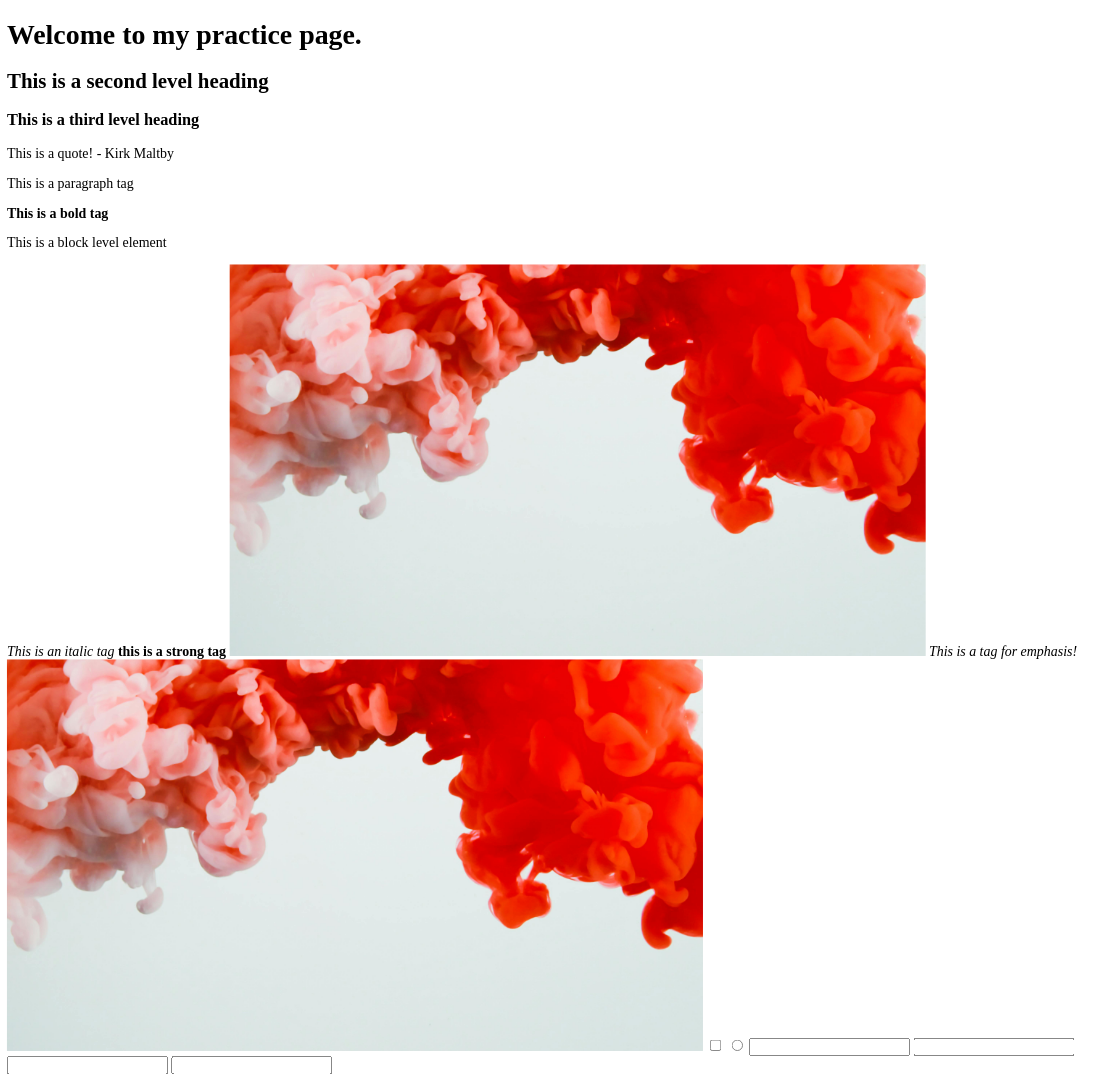
Repository: awollf/mdia-2109
Page: class-stuff.html
These files come from the project's save history. The page is drawn as it stood at one moment and after the next save; the edit follows.
The browser window is 1280 px wide. The pictures show the whole page, at 87% of full size.

Above is the page before, as saved 2026-01-26 10:40:54.

### class-stuff.html
<!DOCTYPE html>
<html lang="en">
<head>
    <meta charset="UTF-8">
    <meta name="viewport" content="width=device-width, initial-scale=1.0">
    <title>Class Stuff</title>
</head>
<body>
    <h1>Welcome to my practice page.</h1>
    <h2>This is a second level heading</h2>
    <h3>This is a third level heading</h3>

    <blackquote>This is a quote! - Kirk Maltby</blackquote>

    <p>This is a paragraph tag</p>
    <b>This is a bold tag</b>
    <p>This is a block level element</p>
    <i>This is an italic tag</i>

    <strong>this is a strong tag</strong>


    <img src="../images/ink photography.jpg" alt="ink photography" width="800"/>
    <em>This is a tag for emphasis!</em>
    <img src="../images/ink photography.jpg" alt="ink photography" width="800"/>

<input type="checkbox"/>
<input type="radio"/>
<input typ="number"/>
<input type="text"/>
<input type="password"/>
<input type="email"/>



</body>
</html>

After the next save:
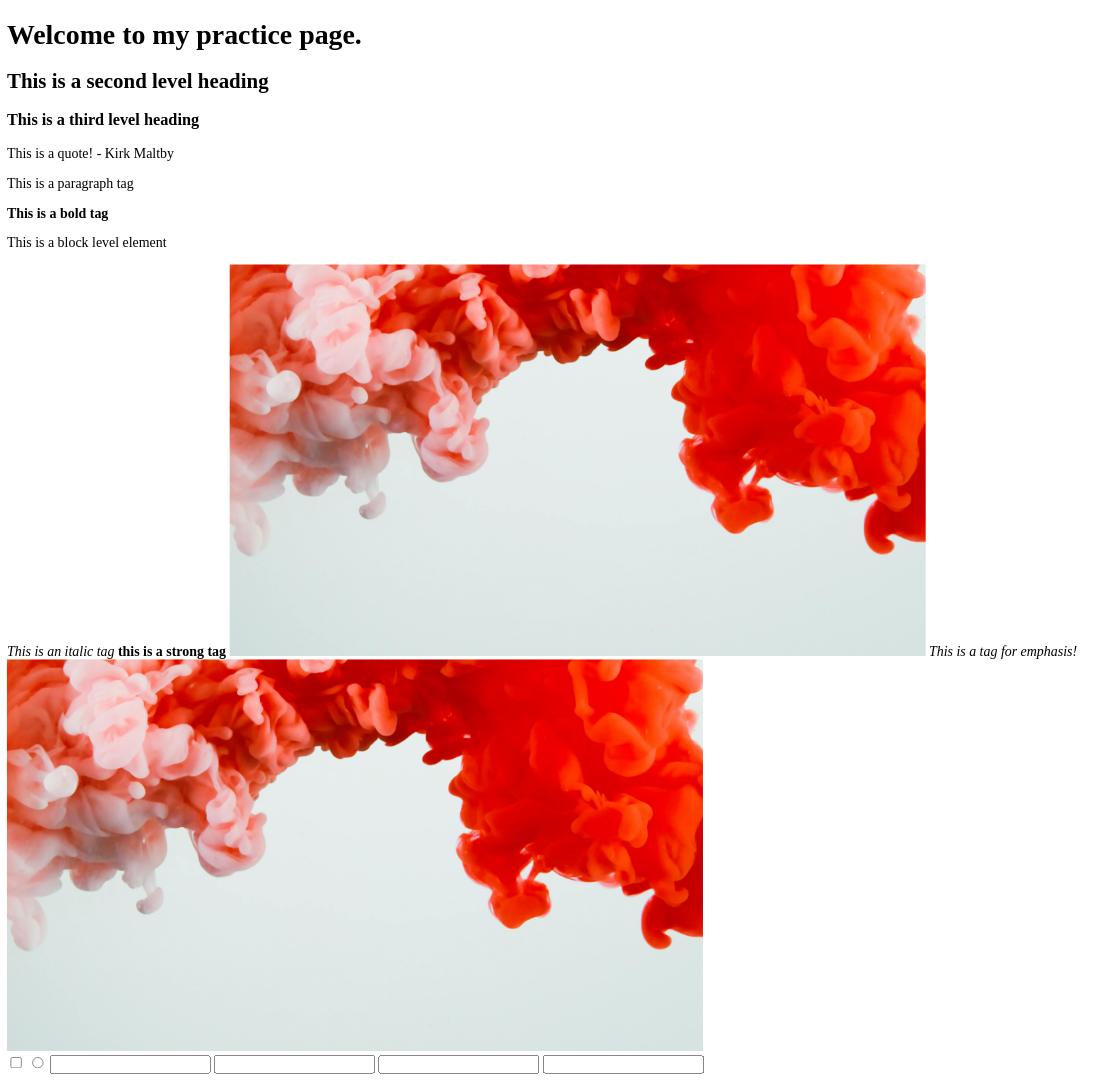
Saved 45 s later.
--- a/class-stuff.html
+++ b/class-stuff.html
@@ -24,13 +24,14 @@
     <em>This is a tag for emphasis!</em>
     <img src="../images/ink photography.jpg" alt="ink photography" width="800"/>
 
+<form>
 <input type="checkbox"/>
 <input type="radio"/>
 <input typ="number"/>
 <input type="text"/>
 <input type="password"/>
 <input type="email"/>
-
+</form>
 
 
 </body>
